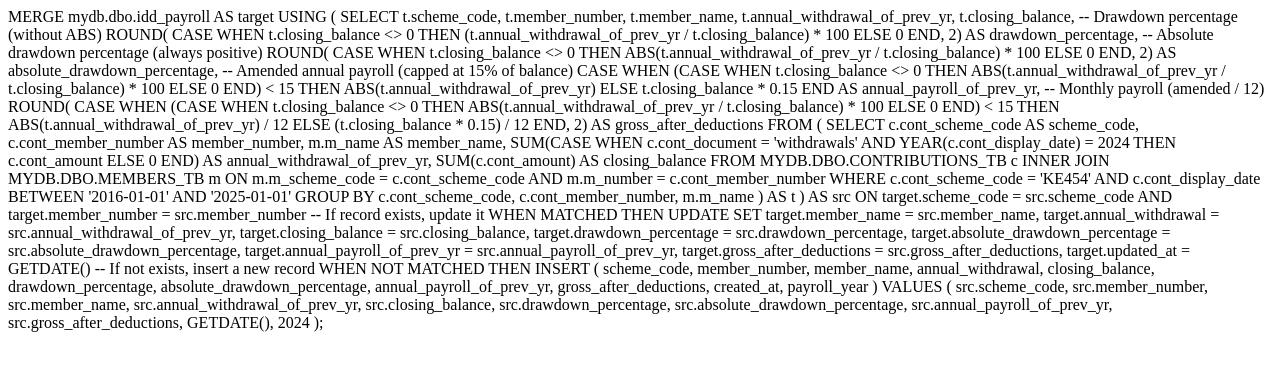
Repository: Prevail03/IDD
Page: http://localhost/temp.php
The author's editor kept a copy of each file at every save. The page is drawn from the files as they stood at one save, then again after the next save.
The browser window is 1280 px wide. The pictures show the whole page.
The page is run by PHP 8.4 with error messages shown; the project is at /var/www/html/.

Above is the page before, as saved 2025-10-16 19:51:36.

After the next save:
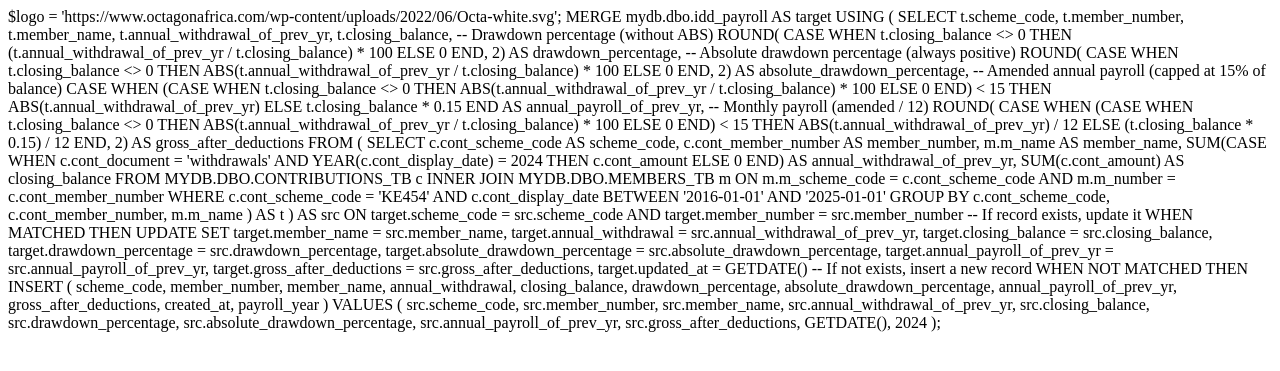
Saved 9 min 0 s later.
--- a/temp.php
+++ b/temp.php
@@ -1,3 +1,4 @@
+$logo = 'https://www.octagonafrica.com/wp-content/uploads/2022/06/Octa-white.svg';
 MERGE mydb.dbo.idd_payroll AS target
 USING (
     SELECT
